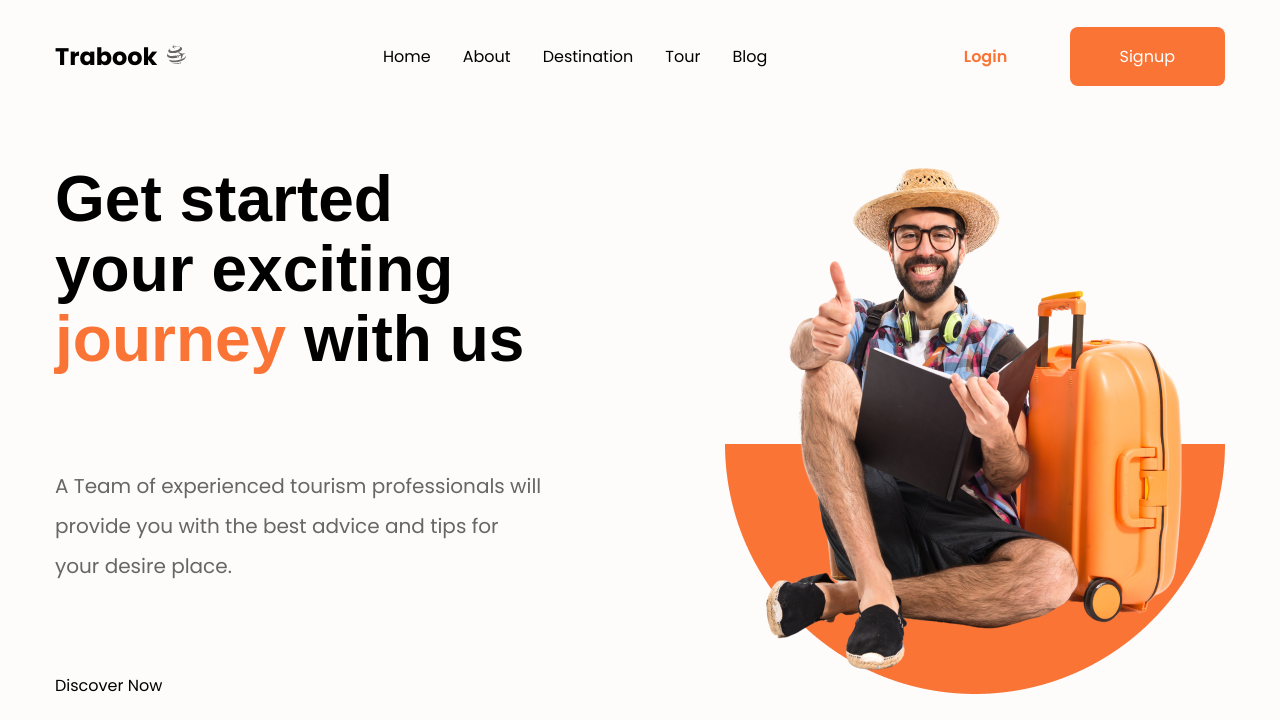
Repository: phobo99/phobo99.github.io
Page: Trabook/index.html
An editor plug-in stored every save of this project. The page is shown before and after the next save, followed by the edit.
The browser window is 1280 px wide. The pictures show the whole page.
Some web fonts or font styles are not loaded; a fallback is used. Some web libraries are served in a nearby version. The style sheet was rebuilt from its Sass, Less or Tailwind sources for each picture, by a compiler version that may differ from the author's.

Above is the page before, as saved 2022-06-18 22:29:52.

After the next save:
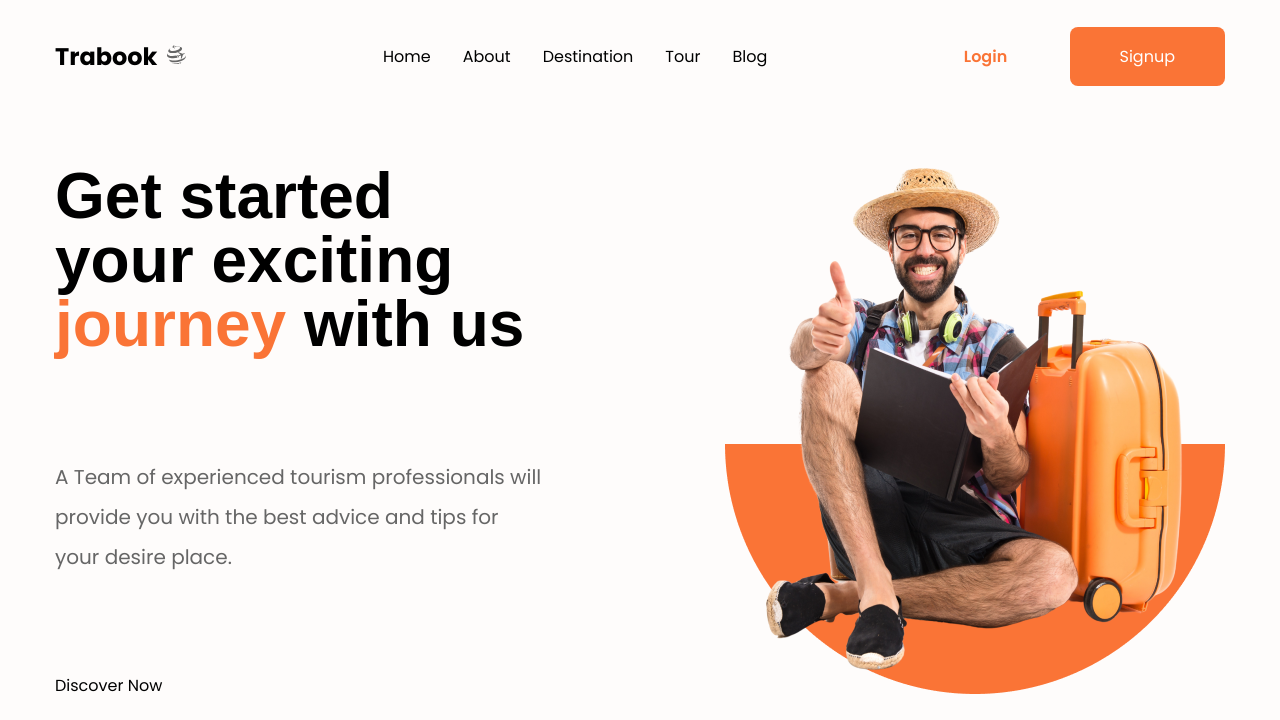
Saved 19 s later.
--- a/Trabook/style.scss
+++ b/Trabook/style.scss
@@ -45,7 +45,6 @@
   font-style: normal;
   font-weight: 700;
   font-size: 64px;
-  line-height: 70px;
 }
 .container-fluid {
   .container {

After the save that followed:
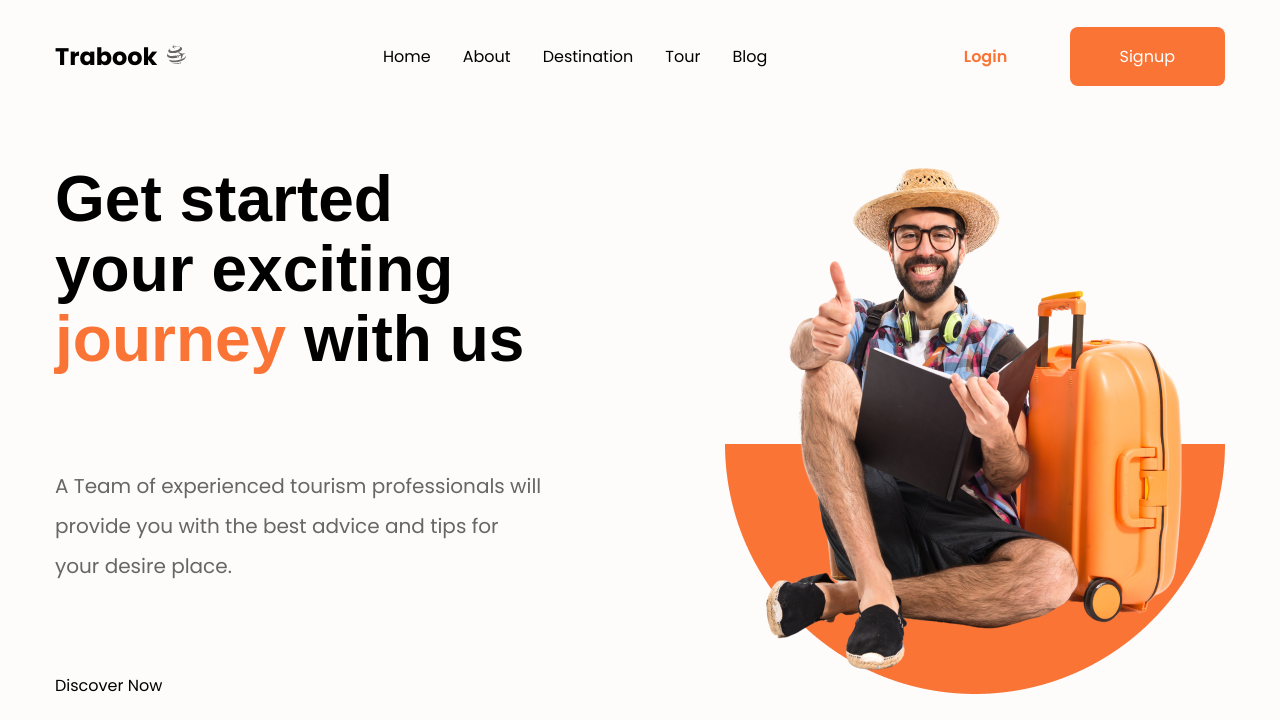
Saved 6 s later.
--- a/Trabook/style.scss
+++ b/Trabook/style.scss
@@ -45,6 +45,7 @@
   font-style: normal;
   font-weight: 700;
   font-size: 64px;
+  line-height: 70px;
 }
 .container-fluid {
   .container {
